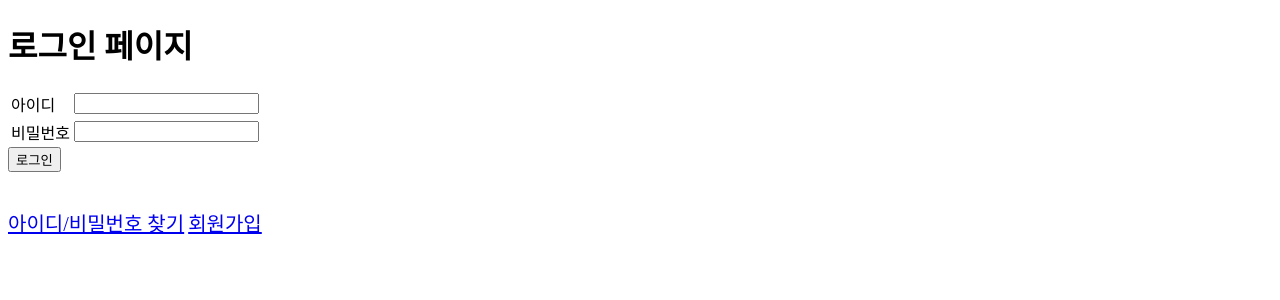
Repository: ksccmp/notice-board
Page: http://localhost/board/login.jsp
An editor plug-in stored every save of this project. The page is shown before and after the next save, followed by the edit.
The browser window is 1280 px wide. The pictures show the whole page.
The page is served by Tomcat 9. Nobody is signed in. The application's start-up code is not run.

Above is the page before, as saved 2019-09-18 13:30:54.

After the next save:
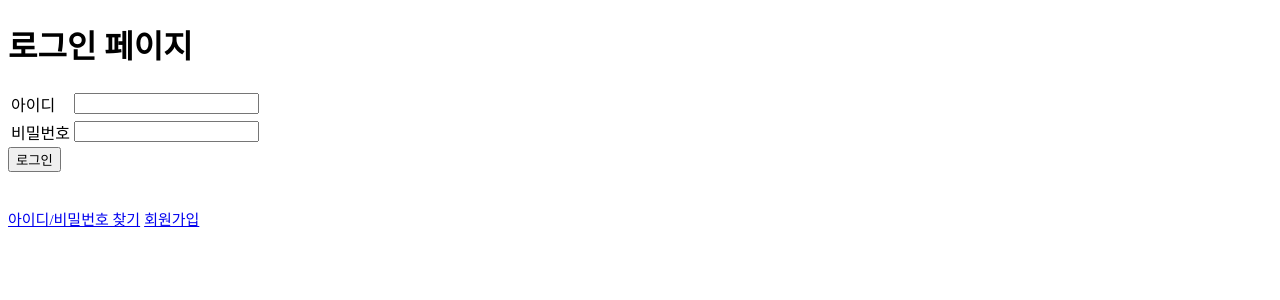
Saved 10 s later.
--- a/board/src/main/webapp/login.jsp
+++ b/board/src/main/webapp/login.jsp
@@ -8,7 +8,7 @@
 </head>
 <style>
 	#hreffont {
-		font-size: 20px;
+		font-size: 15px;
 	}
 </style>
 <body>
